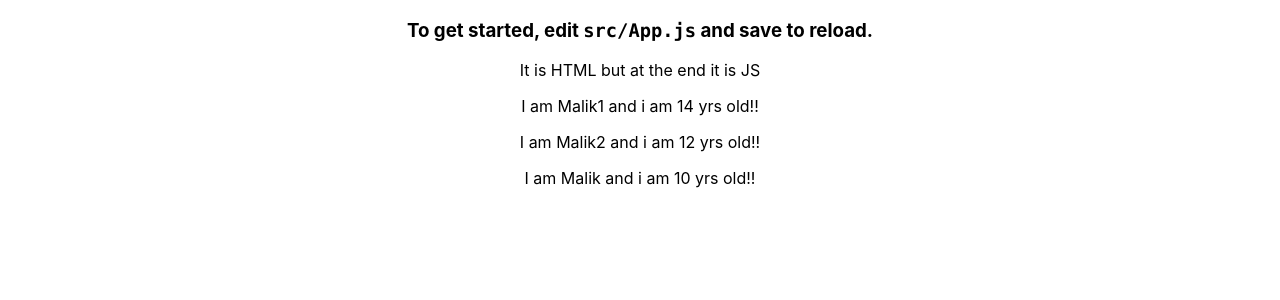
Repository: RohitMalik2/Rohit_react
Page: /
An editor plug-in stored every save of this project. The page is shown before and after the next save, followed by the edit.
The browser window is 1280 px wide. The pictures show the whole page.
The project was rebuilt for these pictures with package versions that can differ from the ones it lists, and the page was loaded fresh each time.

Above is the page before, as saved 2019-10-12 15:32:37.

### src/App.js
import React, { Component } from 'react';
import './App.css';
import Person from './Person/Person';

class App extends Component {
  render() {
    return (
      <div className="App">
        <h3>
          To get started, edit <code>src/App.js</code> and save to reload.
        </h3>
        <p> It is HTML but at the end it is JS</p>
        <Person name="Malik1" age="14"/>
        <Person name="Malik2" age="12"/>
        <Person name="Malik" age="10"/>
      </div>
    );
    /* return React.createElement('div', {className: 'App'}, React.createElement('h1', null, "Hey whts..up")); */
  }
}

export default App;

### src/Person/Person.js
import React from 'react'; // We need to import react bcz below JSX is converted
// to React element by React only

const person = (props) => {
    return (
       <div>
       <p>I am {props.name}  and i am {props.age} yrs old!!</p>
        <p>{props.children}</p>
       </div>
    );
}
export default person;

Loaded but not shown: public/index.html (common file); src/index.js (common file); src/index.css (common file); src/serviceWorker.js (common file); src/App.css (common file)

After the next save:
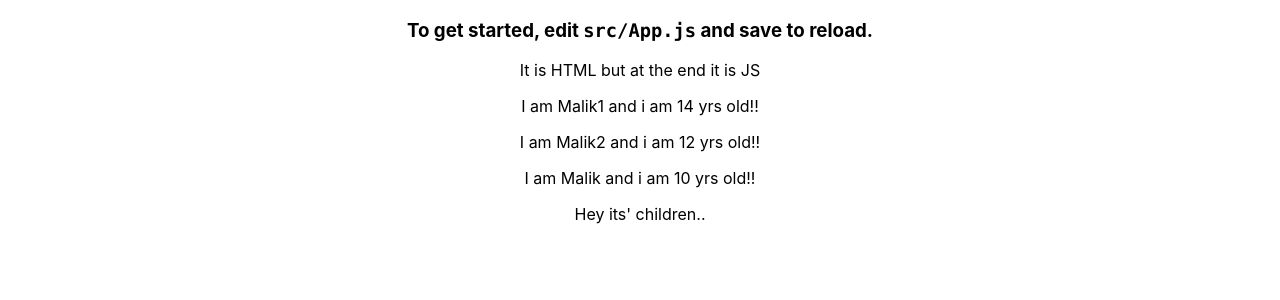
Saved 47 s later.
--- a/src/App.js
+++ b/src/App.js
@@ -12,7 +12,7 @@ class App extends Component {
         <p> It is HTML but at the end it is JS</p>
         <Person name="Malik1" age="14"/>
         <Person name="Malik2" age="12"/>
-        <Person name="Malik" age="10"/>
+        <Person name="Malik" age="10">Hey its' children..</Person>
       </div>
     );
     /* return React.createElement('div', {className: 'App'}, React.createElement('h1', null, "Hey whts..up")); */
